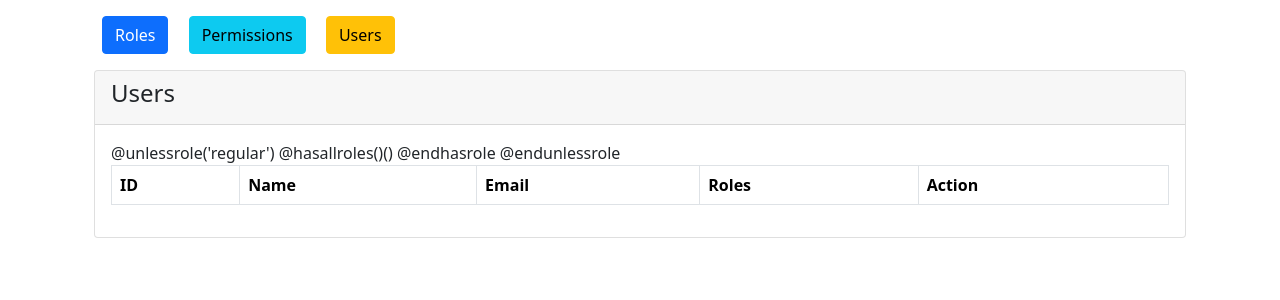
Repository: viisantos/permission_demo
Page: http://localhost/users
These files come from the project's save history. The page is drawn as it stood at one moment and after a run of saves; the edit follows.
The browser window is 1280 px wide. The pictures show the whole page.
The page is served by the project's Laravel application, run on PHP 8.4 with Laravel 10. Other server files are loaded and not shown. Queries for data that is not in the repository find no rows.

Above is the page before, as saved 2024-06-22 17:53:47.

### routes/web.php
<?php

use App\Http\Controllers\ProfileController;
use Illuminate\Support\Facades\Route;

/*
|--------------------------------------------------------------------------
| Web Routes
|--------------------------------------------------------------------------
|
| Here is where you can register web routes for your application. These
| routes are loaded by the RouteServiceProvider and all of them will
| be assigned to the "web" middleware group. Make something great!
|
*/

Route::get('/', function () {
    return view('welcome');
});

Route::get('/dashboard', function () {
    return view('dashboard');
})->middleware(['auth', 'verified'])->name('dashboard');

/*
Route::middleware('auth')->group(function () {

});*/

Route::group(['middleware' => ['role:super-admin|admin|regular']], function () {
    Route::get('/profile', [ProfileController::class, 'edit'])->name('profile.edit');
    Route::patch('/profile', [ProfileController::class, 'update'])->name('profile.update');
    Route::delete('/profile', [ProfileController::class, 'destroy'])->name('profile.destroy');
    Route::name('profile.destroy')->middleware('permission:delete role');
    Route::resource('permissions', App\Http\Controllers\PermissionController::class);
    //Route::get('permissions/{permissionId}/delete', [App\Http\Controllers\PermissionController::class, 'destroy']);
    Route::resource('roles', App\Http\Controllers\RoleController::class);
   // Route::get('roles/{roleId}/delete', [App\Http\Controllers\RoleController::class, 'destroy']);
    Route::get('roles/{role}/add-permissions', [App\Http\Controllers\RoleController::class, 'addPermissionToRole'])->name('roles.add-permissions');
    Route::put('roles/{role}/give-permissions', [App\Http\Controllers\RoleController::class, 'givePermissionToRole'])->name('roles.give-permissions');
    Route::resource('users', App\Http\Controllers\UserController::class);
    //Route::get('users/{userId}/delete', [App\Http\Controllers\UserController::class, 'destroy']);
});

require __DIR__.'/auth.php';

### app/Http/Controllers/UserController.php
<?php

namespace App\Http\Controllers;

use Illuminate\Http\Request;
use App\Models\User;
use Illuminate\Support\Facades\Hash;
use Spatie\Permission\Models\Role;

class UserController extends Controller
{
    public function __construct(){
        $this->middleware('permission:delete user', ['only' => ['destroy']]);
        $this->middleware('permission:update user', ['only' => ['update','edit']]);
        $this->middleware('permission:view user',   ['only' => ['index','show']]);
        $this->middleware('permission:create user', ['only' => ['create','store']]);
    }
    public function index(){
        $users = User::get();
        return view('role-permission.user.index', compact('users'));
    }

    public function create(){
        $roles = Role::pluck('name','name')->all();
        return view('role-permission.user.create', compact('roles'));
    }
    public function store(Request $request){
      /*
        $request->validate([
            'name' => 'required|string|max:255',
            'email' => 'required|email|max:255',
            'password' => 'required|string|min:8|max:20',
            'roles' => 'required'
        ]);*/


        $user = User::create([
            'name'  => $request->name,
            'email' => $request->email,
            'password' => Hash::make($request->password),
        ]);


        $user->syncRoles($request->roles);


        return redirect('/users')->with('status','User created successfully with roles');

    }

    public function edit(User $user){
        $roles = Role::pluck('name','name')->all();
        $userRoles = $user->roles->pluck('name','name')->all();
        return view('role-permission.user.edit', compact('user','roles','userRoles'));
    }

    public function update(Request $request, User $user){

        $data = [
            'name'  => $request->name,
            'email' => $request->email
        ];

        if(!empty($request->password)){
            $data += [
                'password' => Hash::make($request->password),
            ];
        }

        $user->update($data);
        $user->syncRoles($request->roles);

        return redirect('/users')->with('status','User updated successfully');
    }

    public function destroy(User $user){
        //$user = User::findOrFail($userId);
        $user->delete();
        return redirect('/users')->with('status','User deleted successfully');
    }
}

### resources/views/role-permission/user/index.blade.php
<head>
    <link href="https://cdn.jsdelivr.net/npm/bootstrap@5.3.2/dist/css/bootstrap.min.css" rel="stylesheet" integrity="sha384-T3c6CoIi6uLrA9TneNEoa7RxnatzjcDSCmG1MXxSR1GAsXEV/Dwwykc2MPK8M2HN" crossorigin="anonymous">
    <link rel="stylesheet" href="https://cdn.jsdelivr.net/npm/bootstrap@5.1.3/dist/css/bootstrap.min.css" />
</head>
@include('role-permission.nav-links')
<div class="container">
    <div class="row">
        <div class="col-md-12">
            @if(session('status'))
                <div class="alert alert-success">
                    {{ session('status') }}
                </div>
            @endif
            <div class="card mt-3">
                <div class="card-header">
                    <h4>Users</h4>
                    @can('create user')
                        <a href="{{ route('users.create') }}" class="btn btn-primary float-end">Add User</a>
                    @endcan
                </div>
                <div class="card-body">
                    <table class="table table-bordered table-striped">
                        <thead>
                            <tr>
                                <th>ID</th>
                                <th>Name</th>
                                <th>Email</th>
                                <th>Roles</th>

                                @unlessrole('regular')
                                    @hasallroles()()
                                        <th>Action</th>
                                    @endhasrole
                                @endunlessrole

                            </tr>
                        </thead>
                        <tbody>
                            @foreach($users as $user)
                                <tr>
                                    <td>{{ $user->id }}</td>
                                    <td>{{ $user->name }}</td>
                                    <td>{{ $user->email }}</td>
                                    <td>
                                        @if(!empty($user->getRoleNames()))
                                            @foreach($user->getRoleNames() as $rolename)
                                                <label class="badge bg-primary mx-1">{{ $rolename }}</label>
                                            @endforeach
                                        @endif
                                    </td>
                                    @unlessrole('regular')
                                        @hasrole('admin')
                                            <td>
                                                @can('update user')
                                                    <a href="{{ route('users.edit', ['user' => $user->id]) }}" class="btn btn-success">Edit</a>
                                                @endcan
                                                @can('delete user')
                                                    <form action="{{ route('users.destroy', $user->id) }}" method="POST" style="display: inline;">
                                                        @csrf
                                                        @method('DELETE')
                                                        <button type="submit" class="btn btn-danger">Delete</button>
                                                    </form>
                                                @endcan
                                            </td>
                                        @endhasrole
                                    @endunlessrole
                                </tr>
                            @endforeach
                        </tbody>
                    </table>
                </div>
            </div>
        </div>
    </div>
</div>

### resources/views/role-permission/nav-links.blade.php
<div class="container mt-3">
    <a href="{{ route('roles.index') }}" class="btn btn-primary mx-2">Roles</a>
    <a href="{{ route('permissions.index') }}" class="btn btn-info mx-2">Permissions</a>
    <a href="{{ route('users.index') }}" class="btn btn-warning mx-2">Users</a>
</div>

Loaded but not shown: routes/auth.php (common file); app/Http/Controllers/Auth/EmailVerificationPromptController.php (common file); app/Http/Controllers/Controller.php (common file); app/Http/Controllers/Auth/VerifyEmailController.php (common file); app/Models/User.php (common file)

After the next 5 saves:
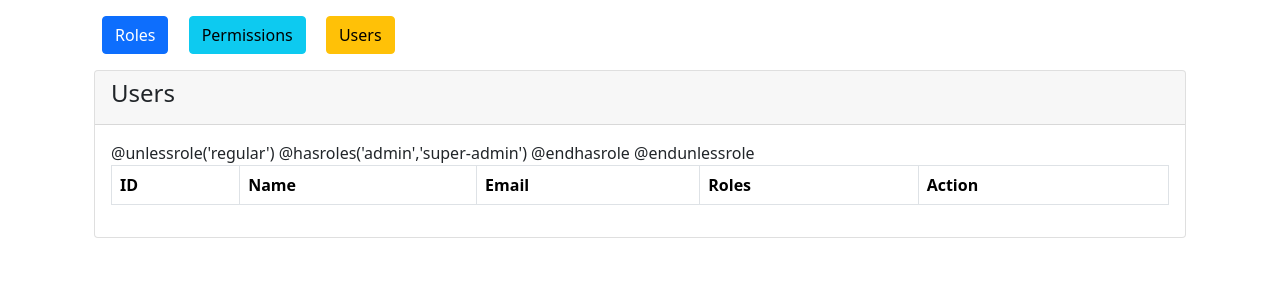
The 5 saves are shown as one change because they came seconds apart.
The last was saved 14 s later.
--- a/resources/views/role-permission/user/index.blade.php
+++ b/resources/views/role-permission/user/index.blade.php
@@ -28,7 +28,7 @@
                                 <th>Roles</th>
 
                                 @unlessrole('regular')
-                                    @hasallroles()()
+                                    @hasroles('admin','super-admin')
                                         <th>Action</th>
                                     @endhasrole
                                 @endunlessrole
